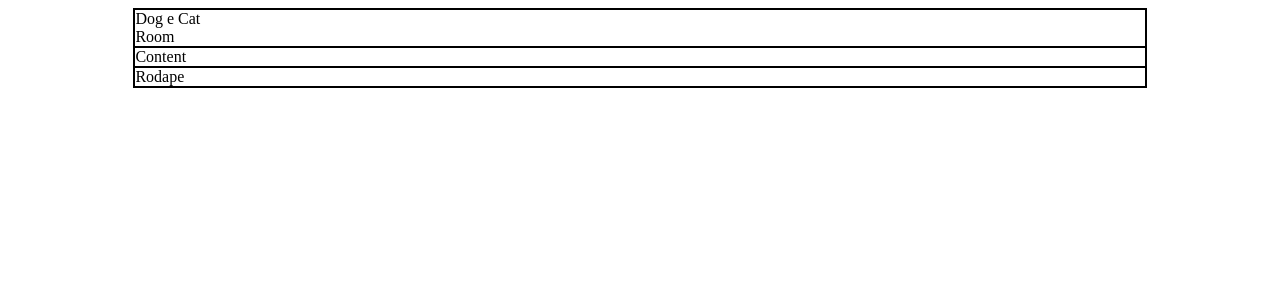
Repository: Natanzx/DogECatRoom
Page: http://localhost/DogECatRoom/login.jsp
These files come from the project's save history. The page is drawn as it stood at one moment and after the next save; the edit follows.
The browser window is 1280 px wide. The pictures show the whole page.
The page is served by Tomcat 9. Other server files are loaded and not shown.

Above is the page before, as saved 2016-05-15 18:14:00.

### DogECatRoom/WebContent/login.jsp
<%@ page language="java" contentType="text/html; charset=ISO-8859-1"
    pageEncoding="ISO-8859-1"%>
<!DOCTYPE html PUBLIC "-//W3C//DTD HTML 4.01 Transitional//EN" "http://www.w3.org/TR/html4/loose.dtd">
<html>
<head>
	<meta http-equiv="Content-Type" content="text/html; charset=ISO-8859-1">
	<title>Efetuar Login</title>

	<link rel="stylesheet" type="text/css" href="/DogECatRoom/bibliotecas/css/estilos.css">
</head>
<body>
	<div class="divMargin">
		<div style="">
			Dog e Cat
			<br>
			Room
		</div>

		<div>
			Content
		</div>

		<div>
			Rodape
		</div>
	</div>
</body>
</html>

### DogECatRoom/WebContent/bibliotecas/css/estilos.css
@CHARSET "ISO-8859-1";

div {

	border				: 1px solid black;
}

.divMargin{
	width				: 80%;
	margin				: auto;

}

After the next save:
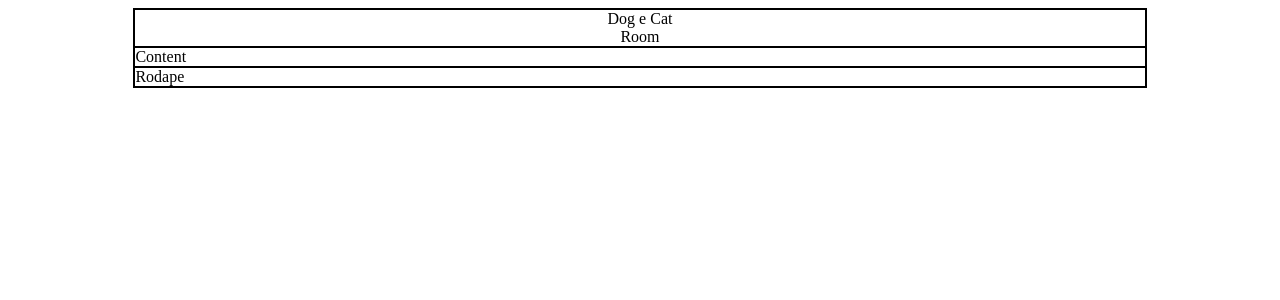
Saved 26 s later.
--- a/DogECatRoom/WebContent/login.jsp
+++ b/DogECatRoom/WebContent/login.jsp
@@ -10,7 +10,7 @@
 </head>
 <body>
 	<div class="divMargin">
-		<div style="">
+		<div style="text-align: center">
 			Dog e Cat
 			<br>
 			Room
